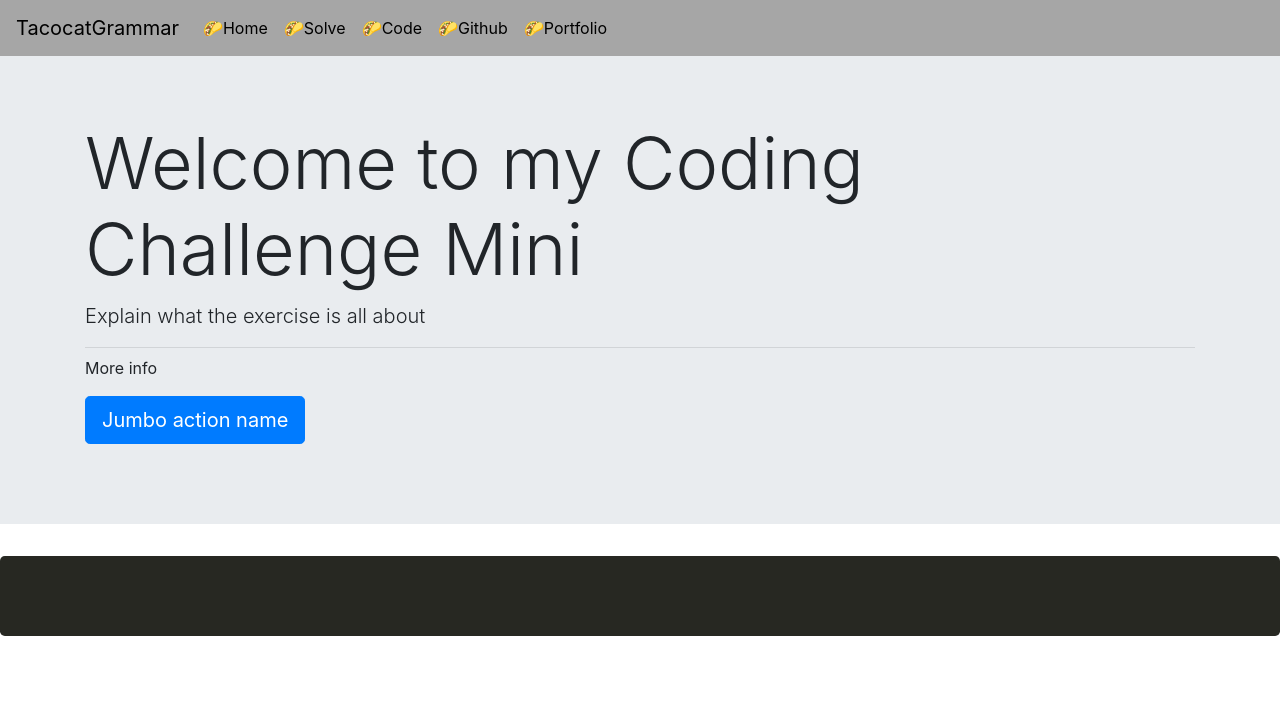
Repository: zhadjah9559/TacocatGrammar
Page: code.html
The author's editor kept a copy of each file at every save. The page is drawn from the files as they stood at one save, then again after the next save.
The browser window is 1280 px wide. The pictures show the whole page.

Above is the page before, as saved 2021-01-14 20:00:14.

After the next save:
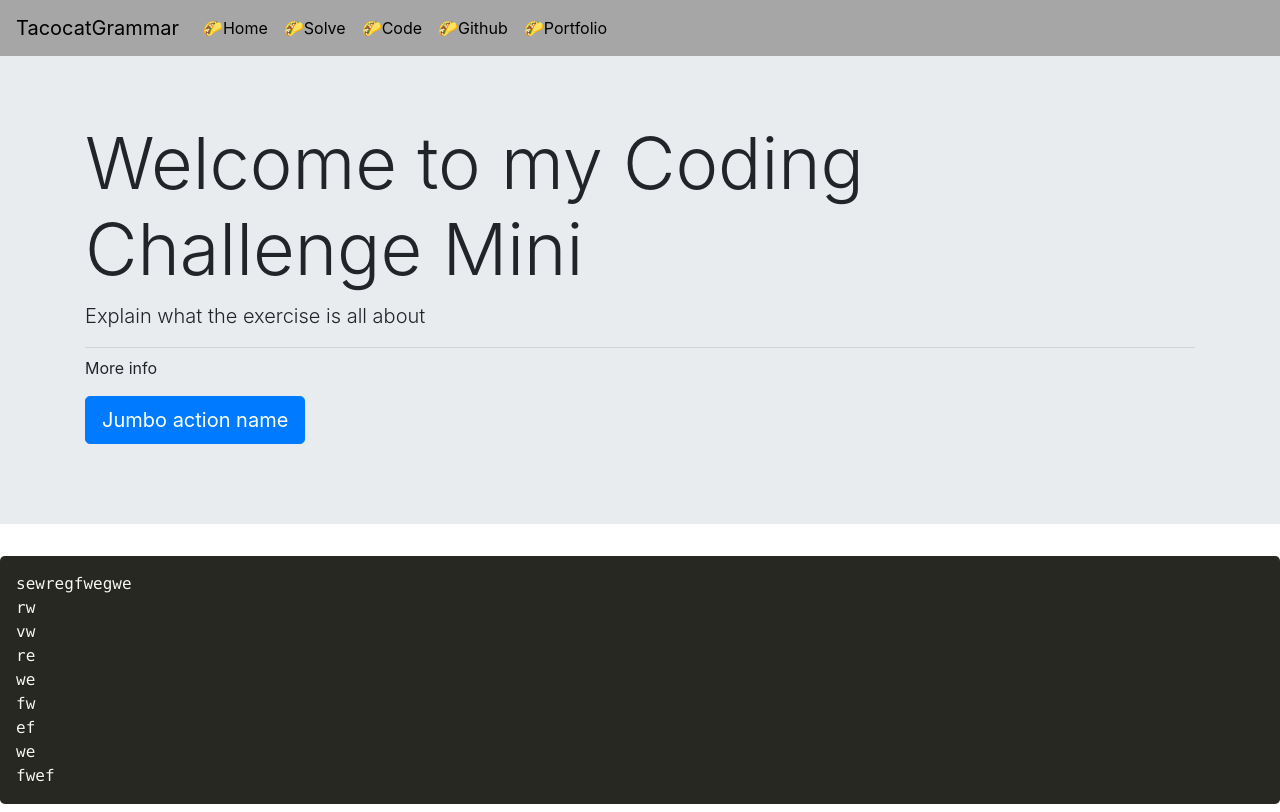
Saved 14 s later.
--- a/code.html
+++ b/code.html
@@ -55,6 +55,15 @@
 
     <pre class="language-javascript">
         <code class="line-numbers">
+            sewregfwegwe
+            rw
+            vw
+            re
+            we
+            fw
+            ef
+            we
+            fwef
         </code>
     </pre>
 
